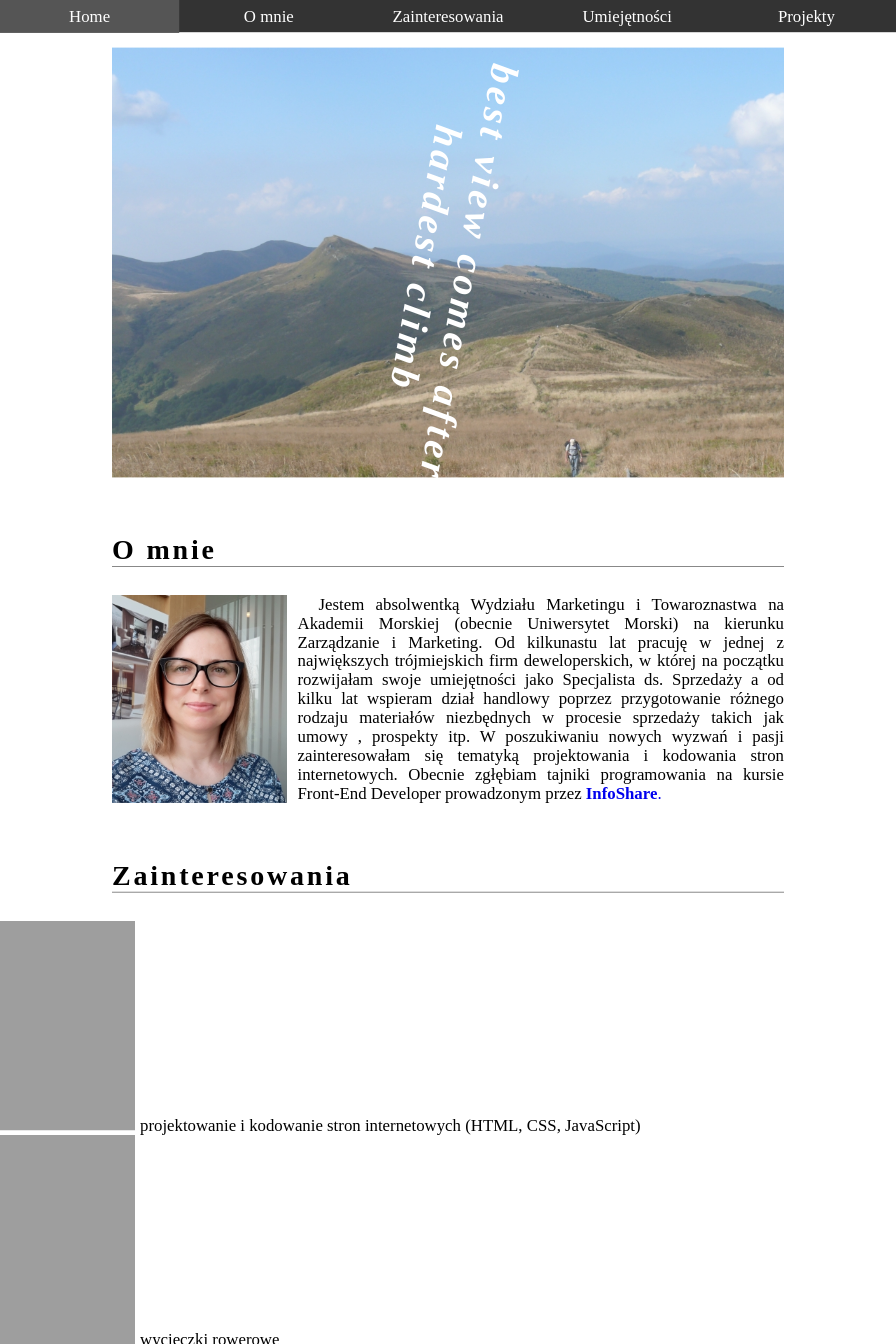
Repository: MagJaw/portfolio
Page: portfolio.html
These files come from the project's save history. The page is drawn as it stood at one moment and after the next save; the edit follows.
The browser window is 1280 px wide. The pictures show the part of the page from y = 0 to 1920 px (the page is 7772 px tall), at 70% of full size.
The pointer rests on the first visible `#quote`.

Above is the page before, as saved 2018-11-14 20:05:09.

### portfolio.html
<!DOCTYPE html>
<html lang="pl">
<head>
    <meta charset="UTF-8">
    <meta name="viewport" content="width=device-width, initial-scale=1.0">
    <meta http-equiv="X-UA-Compatible" content="ie=edge">
    <meta name="author" content="Magdalena Skopczyńska"/>
    <meta name="description" content="Portfolio - o mnie, zainteresowania, umiejętności, projekty">
    <link rel="stylesheet" href="main.css">
    <title>Portfolio</title>
</head>
<body>
    <div id="wrapper">
        <div id="section1"></div>
        <nav role="navigation" class="menu__container">
            <ul class="menu">
                <li class="menu__section">
                    <a href="#section1">Home</a>
                </li>
                <li class="menu__section">
                    <a href="#section2">O mnie</a>
                </li>
                <li class="menu__section">
                    <a href="#section3">Zainteresowania</a>
                </li>
                <li class="menu__section">
                    <a href="#section4">Umiejętności</a>
                </li>
                <li class="menu__section">
                    <a href="#section5">Projekty</a>
                </li>
            </ul>
        </nav>
        <div class="motto__container">
            <blockquote id="quote"><b>The best view comes after the hardest climb</b></blockquote>
        </div>

        <div id="section2">
            <h1 class="header__section">O mnie</h1>
            <img src="portret.jpg" class="my__photo">
            <p id="history"> Jestem absolwentką Wydziału Marketingu i Towaroznastwa na Akademii Morskiej (obecnie Uniwersytet Morski) na kierunku Zarządzanie i Marketing. Od kilkunastu lat pracuję w jednej z największych trójmiejskich firm deweloperskich, w której na początku rozwijałam swoje umiejętności jako Specjalista ds. Sprzedaży a od kilku lat wspieram dział handlowy poprzez przygotowanie różnego rodzaju materiałów niezbędnych w procesie sprzedaży takich jak umowy , prospekty itp. W poszukiwaniu nowych wyzwań i pasji zainteresowałam się tematyką projektowania i kodowania stron internetowych. Obecnie zgłębiam tajniki programowania na kursie Front-End Developer prowadzonym przez <a target="_blank" href="https://infoshareacademy.com/" class="link"><b>InfoShare</b>.</a></p>
        </div>
        <div id="section3">
            <h1 class="header__section">Zainteresowania</h1>
            <ul>
                <li>projektowanie i kodowanie stron internetowych (HTML, CSS, JavaScript)</li>
                <li>wycieczki rowerowe</li>
                <li>wędrówki górskie</li>
                <li>literatura</li>
                <li>szkolenia on-line(obecnie uczestniczę w programie szkoleniowym Właściwy Tor, który skupia się na budowaniu stabilnego wzrostu w sferach: zawodowej, finansowej, rodzinnej, zdrowotnej i duchowej)</li>
                <li>zdrowe odżywianie</li>
            </ul>
        </div>
        <div id="section4">
            <h1 class="header__section">Umiejętności</h1>
            <ul>
                <li>wysokie umiejętności komunikacyjne</li>
                <li>analityczne myślenie</li>
                <li>wysokie poczucie odpowiedzialności za powierzone zadania</li>
                <li>skrupulatność</li>
                <li>umiejętność pracy w zespole</li>
                <li>chęć do nauki i rozwoju</li>
                <li>znajomość technik sprzedażowych</li>
                <li>dobra znajomość języka angielskiego (certyfikat)</li>
                <li>podstawowa znajomość HTML, CSS, JavaScript</li>
                <li>znajomość narzędzi pakietu Office</li>
                <li>prawo jazdy kat. B</li>
            </ul>
        </div>
        <div id="section5">
            <h1 class="header__section">Projekty</h1>
            <ul>
                <li>portfolio</li>
                <li>pozostałe</li>
            </ul>
        </div>
        <div id="footer">
            <p>Autor: Magdalena Skopczyńska</p>
            <p>email: info@mysite.com</p>
            <p>tel. 000-000-000</p>
            <p><a target="_blank" href="https://icons8.com" class="link">Icon pack by Icons8</a></p>
        </div>
    </div>
</body>
</html>

### main.css
html {
    font-size: 16px;
    scroll-behavior: smooth;
  }

#wrapper {
    width: 100%;
    max-width: 960px;
    margin: 0 auto;
}

.menu__container {
background:  #333;
}

.menu {
    list-style-type: none;
    padding: 0;
    margin: 0;
}

.menu__container a {
    text-decoration: none;
    text-align: center;
    color: #fff;
    display: block;
    padding: 10px;
}

.menu__container a:hover {
background-color: #555;
}

.motto__container {
width: 100%;
height: 48vw;
background-image: url(tapeta.jpg);
background-color: #555;
opacity: 0.8;
display: table;
}

#quote {
font-size: 3.5em;
letter-spacing: 0.1em;
font-style: italic;
color: #fff;
text-align: center;
vertical-align: middle;
display: table-cell;
margin: 0;
transition: all 0.1s linear;
}

#quote:hover {
transform: rotate(100deg);
}


p, li {
font-size: 1.5em;
}


ul {
list-style-type: none;
}

#section3 li,
#section4 li,
#section5 li {
list-style-image: url("https://img.icons8.com/color/30/000000/checkmark.png");
}

.header__section {
font-size: 2.5em;
letter-spacing: 0.1em;
border-bottom: 1px solid #555;
margin-top: 1em;
margin-bottom: 1em;
}

.my__photo {
float: left;
padding-right: 15px;
}

#history {
margin: 0;
text-indent: 30px;
text-align: justify;
}
.link {
text-decoration: none;
}

.link:hover {
text-decoration: underline;
}

#footer {
height: 46px;
bottom: 0;
display: flex;
width: 100%;
border-top: 1px solid #555;
}

#footer p {
font-size: 1em;
font-style: italic;
display: block;
text-align: center;
width:100%;
}

#section5 {
padding-bottom: 150px;
}

@media screen and (max-width: 767px){
#quote {
font-size: 2em;
}

p, li, #footer {
font-size: 0.8em;
}

.header__section {
font-size: 2em;
}

.my__photo {
    float: none;
    padding-right: 0;
    display: block;
    margin: 0 auto;
    }

#history {
    padding-top: 10px;
    }
}

@media screen and (min-width: 768px){

.menu {
display: flex;
}

.menu__section {
flex: 1 1 0;
}

.menu__container {
    background:  #333;
    z-index: 1;
    top: 0;
    left: 0;
    right: 0;
    height: 46px;
    position: fixed;
    }

.motto__container {
margin-top: 40px;
}

/*.header__section {
    margin-top: 46px;
    }
}*/

#section2,
#section3,
#section4,
#section5 {
padding-top: 40px;
}

#section1 {
padding: 10px;
}
}
@media screen and (min-width: 1700px){
    .motto__container {

    height: 24vw;
    }

After the next save:
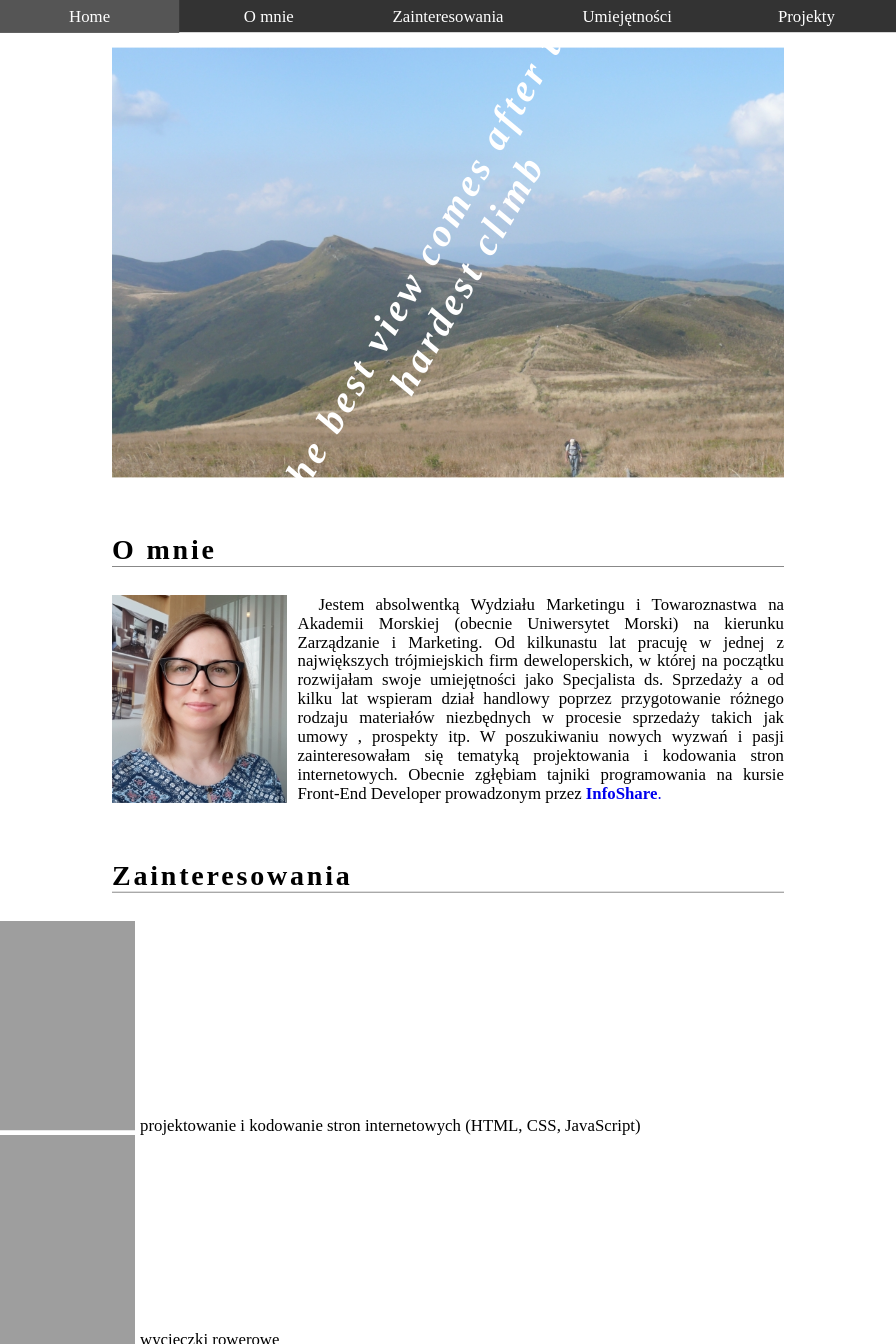
Saved 26 s later.
--- a/main.css
+++ b/main.css
@@ -53,7 +53,7 @@ transition: all 0.1s linear;
 }
 
 #quote:hover {
-transform: rotate(100deg);
+transform: rotate(300deg);
 }
 
 
